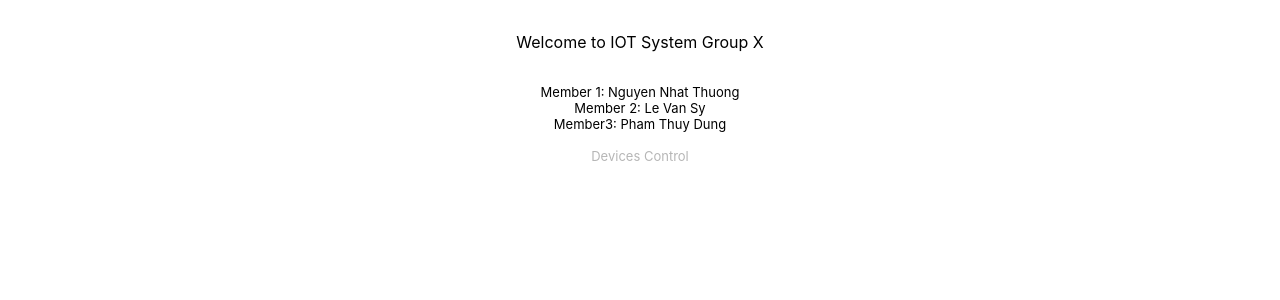
Repository: ngnhthuong/IOT_LAB
Page: /
An editor plug-in stored every save of this project. The page is shown before and after the next save, followed by the edit.
The browser window is 1280 px wide. The pictures show the whole page.
The project was rebuilt for these pictures with package versions that can differ from the ones it lists, and the page was loaded fresh each time.

Above is the page before, as saved 2024-04-23 14:41:59.

After the next save:
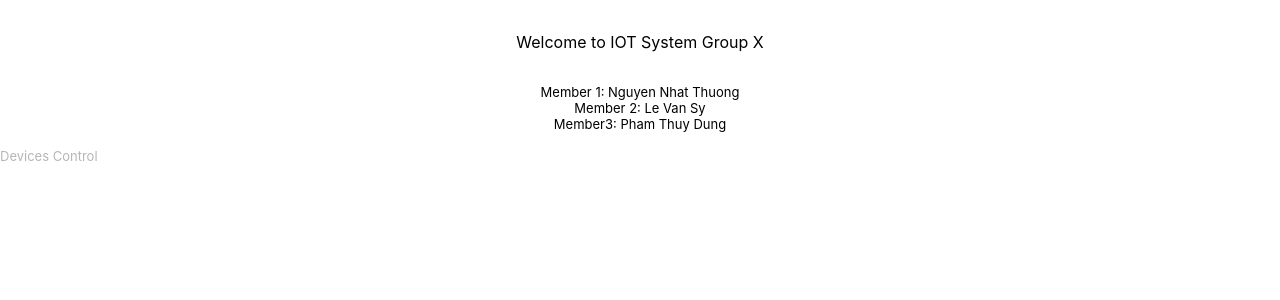
Saved 10 s later.
--- a/src/App.css
+++ b/src/App.css
@@ -8,7 +8,6 @@
   width: 100vw;
   height: 100vh;
   display: flex;
-  align-items: center;
   flex-direction: column;
 }
 

After the 4 saves that followed:
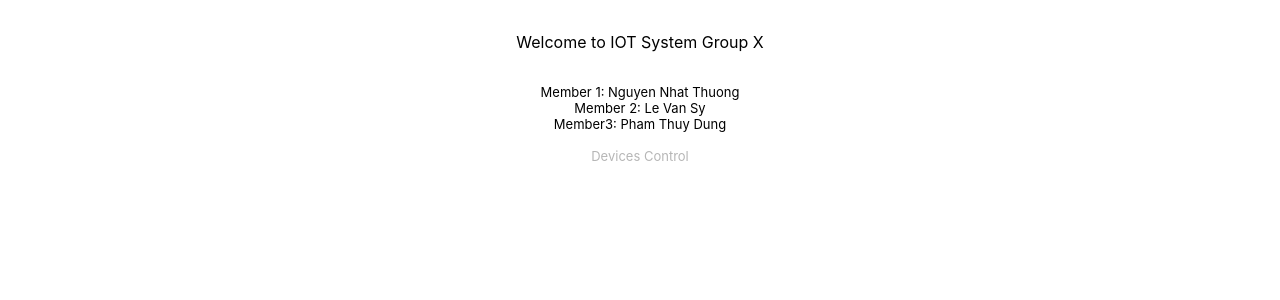
The 4 saves are shown as one change because 1 left the picture as it was and some came seconds apart.
The last was saved 18 s later.
--- a/src/App.css
+++ b/src/App.css
@@ -8,6 +8,7 @@
   width: 100vw;
   height: 100vh;
   display: flex;
+  align-items: center;
   flex-direction: column;
 }
 
